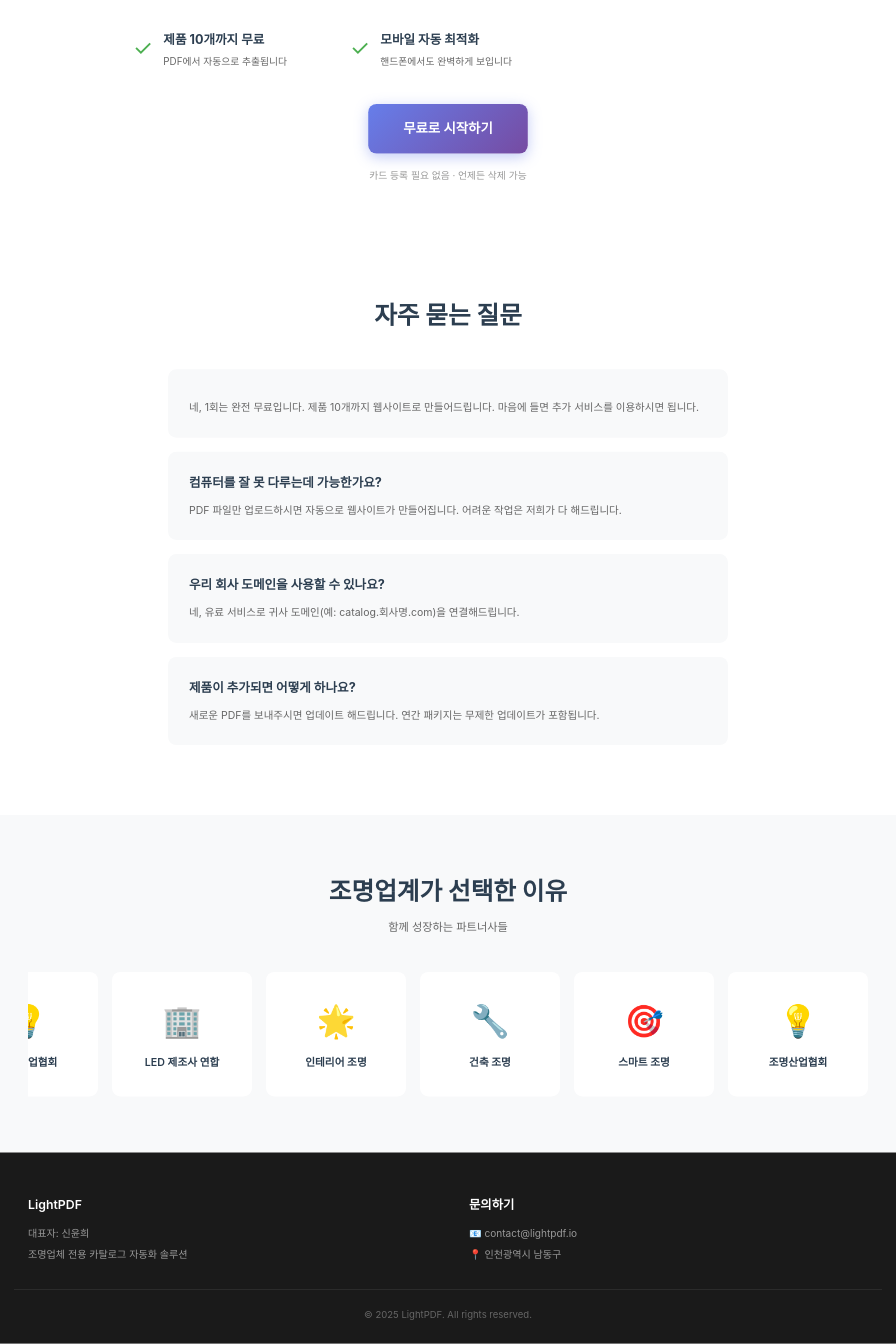
Repository: ororso11/catamaster
Page: frontend/public/index.html
These files come from the project's save history. The page is drawn as it stood at one moment and after the next save; the edit follows.
The browser window is 1280 px wide. The pictures show the part of the page from y = 1318 to 3238 px (the page is 3238 px tall before and 3120 px after), at 70% of full size.

Above is the page before, as saved 2025-10-05 19:06:38.

### frontend/public/index.html
<!DOCTYPE html>
<html lang="ko">
<head>
    <meta charset="UTF-8">
    <meta name="viewport" content="width=device-width, initial-scale=1.0">
    <title>LightPDF - 조명업체 전용 카탈로그 자동 웹사이트</title>
    <link rel="stylesheet" href="style.css">
</head>
<body>
    <header>
        <div class="header-container">
            <div class="logo">
                <div class="logo-icon">L</div>
                <span>LightPDF</span>
            </div>
        </div>
    </header>

    <section class="hero">
        <div class="hero-content">
            <h1>PDF 카탈로그를<br>웹사이트로 만들어드립니다</h1>
            <p class="subtitle">조명업체를 위한 가장 쉬운 디지털 전환</p>
            <p class="hero-desc">1회 무료로 경험해보세요. 마음에 드시면 그때 결제하세요.</p>
            <a href="dashboard.html" class="cta-button">지금 무료로 시작하기</a>

            <div class="process-container">
                <div class="process-card">
                    <div class="card-inner card-1">
                        <svg viewBox="0 0 300 180" xmlns="http://www.w3.org/2000/svg">
                            <rect fill="#fafafa" width="300" height="180"/>
                            <rect x="30" y="30" width="240" height="100" rx="8" fill="white" stroke="#ddd" stroke-width="2" stroke-dasharray="6,3"/>
                            <text class="upload-icon" x="150" y="80" text-anchor="middle" font-size="35">📄</text>
                            <text x="150" y="105" text-anchor="middle" fill="#666" font-size="11">PDF 업로드</text>
                            <rect x="120" y="115" width="60" height="20" rx="4" fill="#2196F3"/>
                            <text x="150" y="130" text-anchor="middle" fill="white" font-size="10">파일 선택</text>
                        </svg>
                    </div>
                    <div class="card-description">
                        <h3>1. PDF 올리기</h3>
                        <p>기존 카탈로그 PDF 파일만<br>업로드하시면 됩니다</p>
                    </div>
                </div>

                <div class="process-card">
                    <div class="card-inner card-2">
                        <svg viewBox="0 0 300 180" xmlns="http://www.w3.org/2000/svg">
                            <rect fill="#f5f5f5" width="300" height="180"/>
                            <rect x="30" y="40" width="240" height="45" rx="6" fill="white" stroke="#ddd"/>
                            <rect x="40" y="48" width="28" height="28" rx="3" fill="#e0e0e0"/>
                            <text x="75" y="60" fill="#333" font-size="11">조명카탈로그.pdf</text>
                            <text x="75" y="73" fill="#999" font-size="8">0.31 MB · 자동 변환중</text>
                            <rect x="40" y="105" width="220" height="5" rx="2.5" fill="#e0e0e0"/>
                            <rect class="progress-bar" x="40" y="105" width="0" height="5" rx="2.5" fill="#4CAF50"/>
                            <text class="processing-text" x="150" y="125" text-anchor="middle" fill="#4CAF50" font-size="9">자동 변환 중...</text>
                        </svg>
                    </div>
                    <div class="card-description">
                        <h3>2. 자동 변환</h3>
                        <p>제품 이미지와 정보를<br>자동으로 추출합니다</p>
                    </div>
                </div>

                <div class="process-card">
                    <div class="card-inner card-3">
                        <svg viewBox="0 0 300 180" xmlns="http://www.w3.org/2000/svg">
                            <rect fill="#222" width="300" height="28"/>
                            <text x="150" y="19" text-anchor="middle" fill="white" font-size="11">귀사 조명 카탈로그</text>
                            <rect x="8" y="28" width="284" height="144" fill="#fff"/>
                            <text x="150" y="52" text-anchor="middle" fill="#333" font-size="13" font-weight="bold">제품 목록</text>

                            <g class="product-1">
                                <rect x="25" y="65" width="60" height="85" rx="3" fill="#f5f5f5"/>
                                <rect x="25" y="65" width="60" height="55" rx="3" fill="#e0e0e0"/>
                                <text x="55" y="135" text-anchor="middle" fill="#666" font-size="8">LED 직부등</text>
                            </g>

                            <g class="product-2">
                                <rect x="95" y="65" width="60" height="85" rx="3" fill="#f5f5f5"/>
                                <rect x="95" y="65" width="60" height="55" rx="3" fill="#e0e0e0"/>
                                <text x="125" y="135" text-anchor="middle" fill="#666" font-size="8">매입등</text>
                            </g>

                            <g class="product-3">
                                <rect x="165" y="65" width="60" height="85" rx="3" fill="#f5f5f5"/>
                                <rect x="165" y="65" width="60" height="55" rx="3" fill="#e0e0e0"/>
                                <text x="195" y="135" text-anchor="middle" fill="#666" font-size="8">트랙조명</text>
                            </g>

                            <g class="checkmark">
                                <circle cx="270" cy="50" r="12" fill="#4CAF50"/>
                                <path d="M 265 50 L 268 53 L 275 46" stroke="white" stroke-width="1.5" fill="none"/>
                            </g>
                        </svg>
                    </div>
                    <div class="card-description">
                        <h3>3. 링크 전달</h3>
                        <p>웹사이트 링크를 받아<br>고객에게 바로 공유하세요</p>
                    </div>
                </div>
            </div>
        </div>
    </section>

    <!-- 무료 체험 강조 섹션 -->
    <section class="free-trial">
        <div class="trial-container">
            <div class="trial-content">
                <h2>1회 완전 무료입니다</h2>
                <p class="trial-subtitle">일단 써보고 마음에 들면 그때 결제하세요</p>

                <div class="trial-features">
                    <div class="trial-feature">
                        <div class="trial-icon">✓</div>
                        <div class="trial-text">
                            <h4>제품 10개까지 무료</h4>
                            <p>PDF에서 자동으로 추출됩니다</p>
                        </div>
                    </div>
                    <div class="trial-feature">
                        <div class="trial-icon">✓</div>
                        <div class="trial-text">
                            <h4>모바일 자동 최적화</h4>
                            <p>핸드폰에서도 완벽하게 보입니다</p>
                        </div>
                    </div>
                </div>

                <a href="dashboard.html" class="trial-btn">무료로 시작하기</a>
                <p class="trial-note">카드 등록 필요 없음 · 언제든 삭제 가능</p>
            </div>
        </div>
    </section>

    <!-- FAQ -->
    <section class="faq">
        <div class="faq-container">
            <h2 class="section-title">자주 묻는 질문</h2>

            <div class="faq-list">
                <div class="faq-item">
                    <h4></h4>
                    <p>네, 1회는 완전 무료입니다. 제품 10개까지 웹사이트로 만들어드립니다. 마음에 들면 추가 서비스를 이용하시면 됩니다.</p>
                </div>

                <div class="faq-item">
                    <h4>컴퓨터를 잘 못 다루는데 가능한가요?</h4>
                    <p>PDF 파일만 업로드하시면 자동으로 웹사이트가 만들어집니다. 어려운 작업은 저희가 다 해드립니다.</p>
                </div>

                <div class="faq-item">
                    <h4>우리 회사 도메인을 사용할 수 있나요?</h4>
                    <p>네, 유료 서비스로 귀사 도메인(예: catalog.회사명.com)을 연결해드립니다.</p>
                </div>

                <div class="faq-item">
                    <h4>제품이 추가되면 어떻게 하나요?</h4>
                    <p>새로운 PDF를 보내주시면 업데이트 해드립니다. 연간 패키지는 무제한 업데이트가 포함됩니다.</p>
                </div>
            </div>
        </div>
    </section>

    <section class="partners">
        <h2 class="section-title">조명업계가 선택한 이유</h2>
        <p class="section-subtitle">함께 성장하는 파트너사들</p>

        <div class="partners-slider">
            <div class="partners-track">
                <div class="partner-card"><div class="partner-logo">💡</div><div class="partner-name">조명산업협회</div></div>
                <div class="partner-card"><div class="partner-logo">🏢</div><div class="partner-name">LED 제조사 연합</div></div>
                <div class="partner-card"><div class="partner-logo">🌟</div><div class="partner-name">인테리어 조명</div></div>
                <div class="partner-card"><div class="partner-logo">🔧</div><div class="partner-name">건축 조명</div></div>
                <div class="partner-card"><div class="partner-logo">🎯</div><div class="partner-name">스마트 조명</div></div>
                <div class="partner-card"><div class="partner-logo">💡</div><div class="partner-name">조명산업협회</div></div>
                <div class="partner-card"><div class="partner-logo">🏢</div><div class="partner-name">LED 제조사 연합</div></div>
                <div class="partner-card"><div class="partner-logo">🌟</div><div class="partner-name">인테리어 조명</div></div>
            </div>
        </div>
    </section>

    <footer>
        <div class="footer-content">
            <div class="footer-section">
                <h3>LightPDF</h3>
                <p>대표자: 신윤희</p>
                <p>조명업체 전용 카탈로그 자동화 솔루션</p>
            </div>
            <div class="footer-section">
                <h3>문의하기</h3>
                <p>📧 contact@lightpdf.io</p>
                <p>📍 인천광역시 남동구</p>
            </div>
        </div>
        <div class="footer-bottom">
            <p>&copy; 2025 LightPDF. All rights reserved.</p>
        </div>
    </footer>
</body>
</html>

### frontend/public/style.css
* {
    margin: 0;
    padding: 0;
    box-sizing: border-box;
}

body {
    font-family: -apple-system, BlinkMacSystemFont, 'Segoe UI', 'Malgun Gothic', sans-serif;
    color: #333;
    line-height: 1.6;
    overflow-x: hidden;
}

/* Header */
header {
    background: white;
    padding: 20px 0;
    box-shadow: 0 2px 5px rgba(0,0,0,0.05);
    position: sticky;
    top: 0;
    z-index: 100;
}

.header-container {
    max-width: 1200px;
    margin: 0 auto;
    padding: 0 20px;
}

.logo {
    display: flex;
    align-items: center;
    gap: 10px;
    font-size: 1.3rem;
    font-weight: 700;
    color: #000;
}

.logo-icon {
    width: 40px;
    height: 40px;
    background: linear-gradient(135deg, #667eea, #764ba2);
    border-radius: 8px;
    display: flex;
    align-items: center;
    justify-content: center;
    color: white;
    font-size: 1.3rem;
}

/* Hero */
.hero {
    background: linear-gradient(135deg, #667eea 0%, #764ba2 100%);
    padding: 80px 20px 100px;
    text-align: center;
}

.hero-content {
    max-width: 1200px;
    margin: 0 auto;
}

.hero h1 {
    font-size: 3rem;
    font-weight: 800;
    margin-bottom: 15px;
    color: white;
    line-height: 1.3;
}

.subtitle {
    font-size: 1.4rem;
    color: rgba(255, 255, 255, 0.95);
    margin-bottom: 15px;
    font-weight: 600;
}

.hero-desc {
    font-size: 1.1rem;
    color: rgba(255, 255, 255, 0.9);
    margin-bottom: 35px;
}

.cta-button {
    display: inline-block;
    padding: 18px 45px;
    background: white;
    color: #667eea;
    text-decoration: none;
    border-radius: 10px;
    font-weight: 700;
    font-size: 1.1rem;
    transition: all 0.3s;
    box-shadow: 0 5px 20px rgba(0, 0, 0, 0.2);
    margin-bottom: 60px;
}

.cta-button:hover {
    transform: translateY(-3px);
    box-shadow: 0 8px 25px rgba(0, 0, 0, 0.3);
}

/* 프로세스 */
.process-container {
    margin-top: 70px;
    display: grid;
    grid-template-columns: repeat(3, 1fr);
    gap: 35px;
    max-width: 1200px;
    margin-left: auto;
    margin-right: auto;
}

.process-card {
    text-align: center;
}

.card-inner {
    background: white;
    border-radius: 16px;
    padding: 25px;
    box-shadow: 0 10px 40px rgba(0, 0, 0, 0.2);
    margin-bottom: 20px;
    transition: all 0.4s cubic-bezier(0.175, 0.885, 0.32, 1.275);
}

.card-1 {
    border: 3px solid #2196F3;
}

.card-2 {
    border: 3px solid #4CAF50;
}

.card-3 {
    border: 3px solid #FF9800;
}

.card-inner:hover {
    transform: translateY(-12px) scale(1.03);
    box-shadow: 0 20px 60px rgba(0, 0, 0, 0.3);
}

.card-inner svg {
    width: 100%;
    height: auto;
}

.card-description {
    background: rgba(255, 255, 255, 0.2);
    border-radius: 14px;
    padding: 22px;
    backdrop-filter: blur(12px);
}

.card-description h3 {
    color: white;
    font-size: 22px;
    font-weight: 800;
    margin-bottom: 10px;
}

.card-description p {
    color: rgba(255, 255, 255, 0.95);
    font-size: 15px;
    line-height: 1.6;
}

/* 애니메이션 */
.card-1:hover .upload-icon {
    animation: bounce 1s ease-in-out infinite;
}

@keyframes bounce {
    0%, 100% { transform: translateY(0); }
    50% { transform: translateY(-10px); }
}

.progress-bar {
    animation: fillProgress 2.5s ease-in-out infinite;
}

@keyframes fillProgress {
    0% { width: 0; }
    50% { width: 220px; }
    100% { width: 0; }
}

.processing-text {
    animation: blink 1.5s ease-in-out infinite;
}

@keyframes blink {
    0%, 100% { opacity: 0.3; }
    50% { opacity: 1; }
}

.product-1, .product-2, .product-3 {
    opacity: 0;
    animation: fadeIn 3s ease-in-out infinite;
}

.product-1 {
    animation-delay: 0s;
}

.product-2 {
    animation-delay: 0.4s;
}

.product-3 {
    animation-delay: 0.8s;
}

.checkmark {
    opacity: 0;
    animation: fadeIn 3s ease-in-out infinite;
    animation-delay: 1.5s;
}

@keyframes fadeIn {
    0%, 100% { opacity: 0; }
    30%, 70% { opacity: 1; }
}

/* 무료 체험 섹션 */
.free-trial {
    padding: 80px 20px;
    background: white;
}

.trial-container {
    max-width: 900px;
    margin: 0 auto;
    text-align: center;
}

.trial-content h2 {
    font-size: 2.5rem;
    font-weight: 800;
    color: #2c3e50;
    margin-bottom: 15px;
}

.trial-subtitle {
    font-size: 1.2rem;
    color: #666;
    margin-bottom: 50px;
}

.trial-features {
    display: grid;
    grid-template-columns: repeat(3, 1fr);
    gap: 30px;
    margin-bottom: 50px;
    text-align: left;
}

.trial-feature {
    display: flex;
    gap: 15px;
}

.trial-icon {
    font-size: 32px;
    color: #4CAF50;
    flex-shrink: 0;
}

.trial-text h4 {
    font-size: 18px;
    font-weight: 700;
    color: #2c3e50;
    margin-bottom: 5px;
}

.trial-text p {
    font-size: 14px;
    color: #666;
}

.trial-btn {
    display: inline-block;
    padding: 20px 50px;
    background: linear-gradient(135deg, #667eea, #764ba2);
    color: white;
    text-decoration: none;
    border-radius: 12px;
    font-weight: 700;
    font-size: 1.2rem;
    transition: all 0.3s;
    box-shadow: 0 5px 20px rgba(102, 126, 234, 0.4);
}

.trial-btn:hover {
    transform: translateY(-3px);
    box-shadow: 0 8px 30px rgba(102, 126, 234, 0.5);
}

.trial-note {
    margin-top: 20px;
    font-size: 14px;
    color: #999;
}

/* 유료 서비스 */
.paid-services {
    padding: 80px 20px;
    background: #f8f9fa;
}

.services-container {
    max-width: 1200px;
    margin: 0 auto;
}

.section-title {
    text-align: center;
    font-size: 2.2rem;
    color: #2c3e50;
    margin-bottom: 12px;
    font-weight: 700;
}

.section-subtitle {
    text-align: center;
    color: #666;
    margin-bottom: 50px;
    font-size: 1rem;
}

.services-grid {
    display: grid;
    grid-template-columns: repeat(4, 1fr);
    gap: 25px;
    margin-bottom: 60px;
}

.service-card {
    background: white;
    padding: 35px 25px;
    border-radius: 12px;
    text-align: center;
    box-shadow: 0 3px 15px rgba(0,0,0,0.08);
    transition: all 0.3s;
}

.service-card:hover {
    transform: translateY(-5px);
    box-shadow: 0 8px 25px rgba(0,0,0,0.12);
}

.service-icon {
    font-size: 48px;
    margin-bottom: 20px;
}

.service-card h3 {
    font-size: 18px;
    font-weight: 700;
    color: #2c3e50;
    margin-bottom: 12px;
}

.service-card p {
    font-size: 14px;
    color: #666;
    margin-bottom: 20px;
    line-height: 1.5;
}

.service-price {
    font-size: 20px;
    font-weight: 700;
    color: #667eea;
}

/* 패키지 */
.package-offer {
    max-width: 700px;
    margin: 0 auto;
}

.package-card {
    background: linear-gradient(135deg, #667eea, #764ba2);
    padding: 50px;
    border-radius: 16px;
    text-align: center;
    color: white;
    position: relative;
    box-shadow: 0 10px 40px rgba(102, 126, 234, 0.3);
}

.package-badge {
    position: absolute;
    top: -15px;
    left: 50%;
    transform: translateX(-50%);
    background: #FF9800;
    padding: 8px 24px;
    border-radius: 20px;
    font-weight: 700;
    font-size: 14px;
}

.package-card h3 {
    font-size: 28px;
    font-weight: 800;
    margin-bottom: 15px;
}

.package-card p {
    font-size: 16px;
    margin-bottom: 30px;
    opacity: 0.95;
}

.package-price {
    margin-bottom: 30px;
}

.price-main {
    display: block;
    font-size: 42px;
    font-weight: 800;
    margin-bottom: 8px;
}

.price-sub {
    font-size: 16px;
    opacity: 0.9;
}

.package-btn {
    display: inline-block;
    padding: 16px 40px;
    background: white;
    color: #667eea;
    text-decoration: none;
    border-radius: 10px;
    font-weight: 700;
    font-size: 16px;
    transition: all 0.3s;
}

.package-btn:hover {
    transform: translateY(-2px);
    box-shadow: 0 5px 20px rgba(255,255,255,0.3);
}

/* FAQ */
.faq {
    padding: 80px 20px;
    background: white;
}

.faq-container {
    max-width: 800px;
    margin: 0 auto;
}

.faq-list {
    margin-top: 50px;
}

.faq-item {
    background: #f8f9fa;
    padding: 30px;
    border-radius: 12px;
    margin-bottom: 20px;
}

.faq-item h4 {
    font-size: 18px;
    font-weight: 700;
    color: #2c3e50;
    margin-bottom: 12px;
}

.faq-item p {
    font-size: 15px;
    color: #666;
    line-height: 1.7;
}

/* Partners */
.partners {
    padding: 80px 20px;
    background: #f8f9fa;
    overflow: hidden;
}

.partners-slider {
    max-width: 1200px;
    margin: 0 auto;
    overflow: hidden;
}

.partners-track {
    display: flex;
    gap: 20px;
    animation: scroll 30s linear infinite;
}

@keyframes scroll {
    0% { transform: translateX(0); }
    100% { transform: translateX(-50%); }
}

.partner-card {
    min-width: 200px;
    background: white;
    padding: 35px 20px;
    border-radius: 12px;
    text-align: center;
    flex-shrink: 0;
}

.partner-logo {
    font-size: 2.8rem;
    margin-bottom: 12px;
}

.partner-name {
    font-weight: 600;
    color: #2c3e50;
    font-size: 0.95rem;
}

/* Footer */
footer {
    background: #1a1a1a;
    color: #999;
    padding: 60px 20px 30px;
}

.footer-content {
    max-width: 1200px;
    margin: 0 auto;
    display: grid;
    grid-template-columns: repeat(2, 1fr);
    gap: 60px;
    margin-bottom: 30px;
}

.footer-section h3 {
    margin-bottom: 15px;
    font-size: 1.1rem;
    color: white;
    font-weight: 600;
}

.footer-section p {
    color: #999;
    font-size: 0.9rem;
    margin-bottom: 8px;
}

.footer-bottom {
    text-align: center;
    padding-top: 25px;
    border-top: 1px solid #333;
    color: #666;
    font-size: 0.85rem;
}

/* 반응형 */
@media (max-width: 768px) {
    .hero h1 {
        font-size: 2rem;
    }

    .process-container {
        grid-template-columns: 1fr;
        gap: 40px;
    }

    .trial-features {
        grid-template-columns: 1fr;
    }

    .services-grid {
        grid-template-columns: 1fr;
    }

    .footer-content {
        grid-template-columns: 1fr;
    }
}

After the next save:
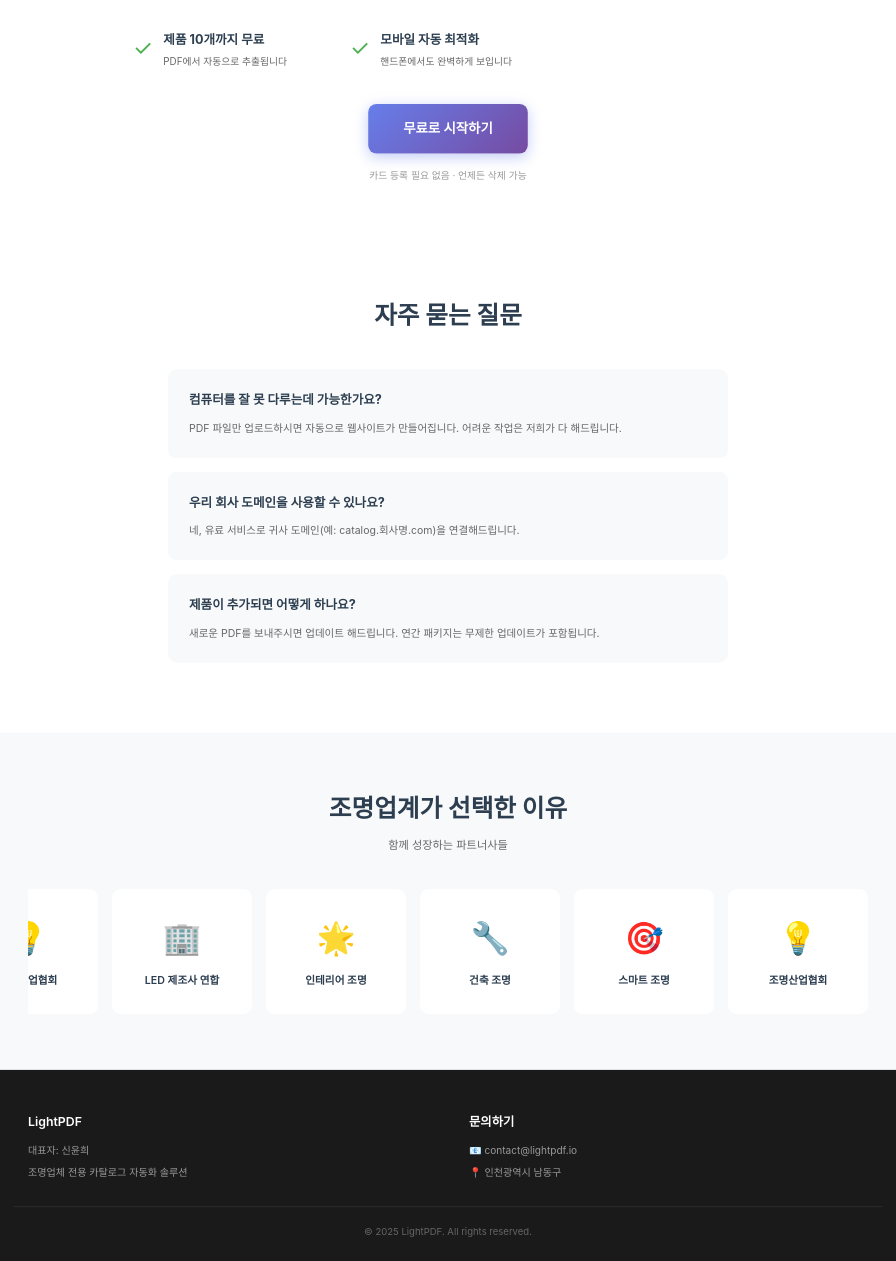
Saved 4 s later.
--- a/frontend/public/index.html
+++ b/frontend/public/index.html
@@ -137,10 +137,6 @@
             <h2 class="section-title">자주 묻는 질문</h2>
 
             <div class="faq-list">
-                <div class="faq-item">
-                    <h4></h4>
-                    <p>네, 1회는 완전 무료입니다. 제품 10개까지 웹사이트로 만들어드립니다. 마음에 들면 추가 서비스를 이용하시면 됩니다.</p>
-                </div>
 
                 <div class="faq-item">
                     <h4>컴퓨터를 잘 못 다루는데 가능한가요?</h4>
